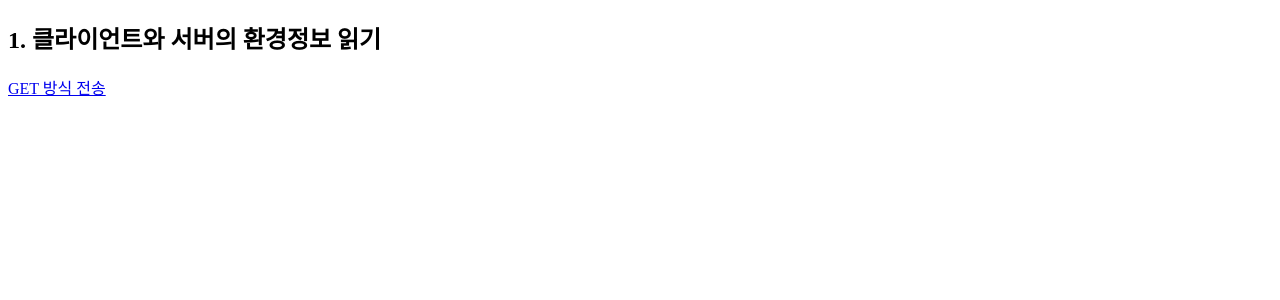
Repository: devgolol/JSP-_Servlet
Page: http://localhost/MustHaveJSP/02ImplicitObject/RequestMain.jsp
These files come from the project's save history. The page is drawn as it stood at one moment and after the next save; the edit follows.
The browser window is 1280 px wide. The pictures show the whole page.
The page is served by Tomcat 10.

Above is the page before, as saved 2025-05-02 05:40:41.

After the next save:
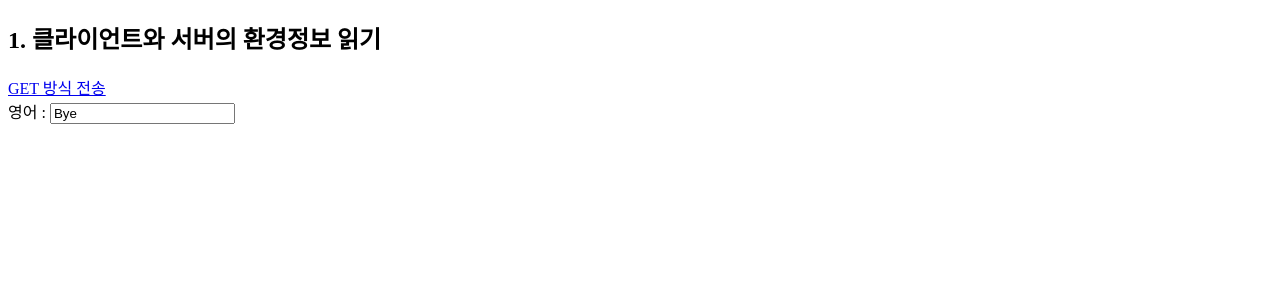
Saved 33 s later.
--- a/MustHaveJSP/src/main/webapp/02ImplicitObject/RequestMain.jsp
+++ b/MustHaveJSP/src/main/webapp/02ImplicitObject/RequestMain.jsp
@@ -12,6 +12,8 @@
 	GET 방식 전송
 	</a>
 	<br/>
-	<form action="RequestWebInfo.jsp" method="post"></form>
+	<form action="RequestWebInfo.jsp" method="post">
+		영어 : <input type="text" name= "eng" value="Bye"/>
+	</form>
 </body>
 </html>
